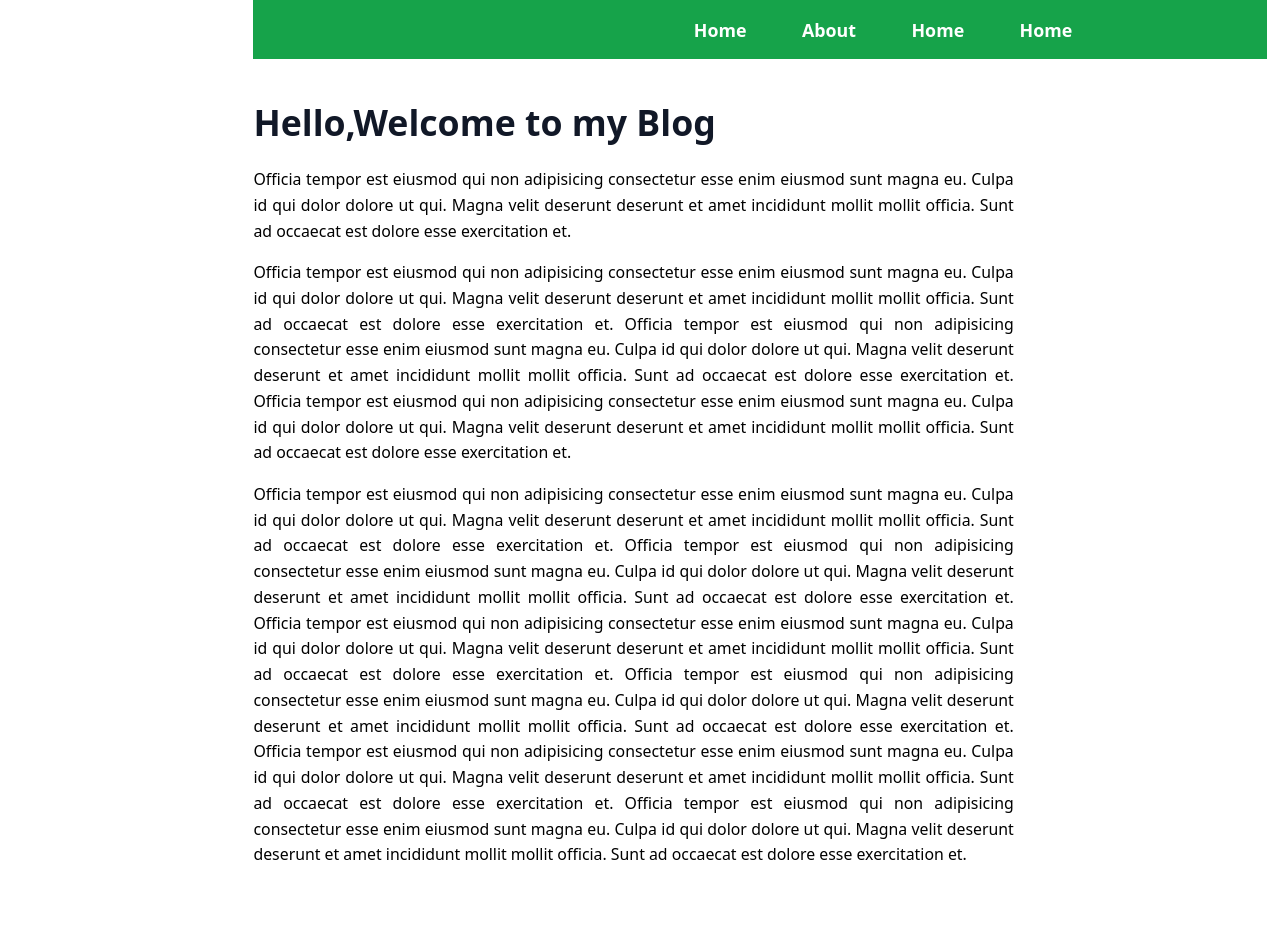
Repository: ymw0331/blog-mern-webapp
Page: / (app in client/)
These files come from the project's save history. The page is drawn as it stood at one moment and after the next save; the edit follows.
The browser window is 1280 px wide. The pictures show the whole page, at 99% of full size.
The project was rebuilt for these pictures with package versions that can differ from the ones it lists, and the page was loaded fresh each time. Also part of the build but not shown: client/src/pages/About.js, client/src/pages/Article.js, client/src/pages/ArticlesList.js.

Above is the page before, as saved 2022-12-10 19:53:08.

### client/src/App.js
import { BrowserRouter as Router, Route, Routes } from 'react-router-dom';
// Pages
import Home from './pages/Home';
import About from './pages/About';
import Article from './pages/Article';
import ArticlesList from './pages/ArticlesList';

function App() {
  return (
    <Router>
      <div className='max-w-screen-md mx-auto pt-20'>
        <Routes>
          <Route path='/' element={<Home />} />
          <Route path='/about' element={<About />} />
          <Route path='/articles-list' element={<ArticlesList />} />
          <Route path='/article' element={<Article />} />
        </Routes>
      </div>
    </Router>
  );
}

export default App;

### client/src/pages/Home.js
import React from 'react';
import Navbar from '../components/Navbar';

const Home = () => {
  return (
    <div className='mb-20'>
      <Navbar />
      <h1 className='sm:text-4xl text-2xl font-bold my-6 text-gray-900'>
        Hello,Welcome to my Blog
      </h1>
      <p className='mx-auto leading-relaxed text-base mb-4 text-justify'>
        Officia tempor est eiusmod qui non adipisicing consectetur esse enim
        eiusmod sunt magna eu. Culpa id qui dolor dolore ut qui. Magna velit
        deserunt deserunt et amet incididunt mollit mollit officia. Sunt ad
        occaecat est dolore esse exercitation et.
      </p>
      <p className='mx-auto leading-relaxed text-base mb-4 text-justify'>
        Officia tempor est eiusmod qui non adipisicing consectetur esse enim
        eiusmod sunt magna eu. Culpa id qui dolor dolore ut qui. Magna velit
        deserunt deserunt et amet incididunt mollit mollit officia. Sunt ad
        occaecat est dolore esse exercitation et. Officia tempor est eiusmod qui
        non adipisicing consectetur esse enim eiusmod sunt magna eu. Culpa id
        qui dolor dolore ut qui. Magna velit deserunt deserunt et amet
        incididunt mollit mollit officia. Sunt ad occaecat est dolore esse
        exercitation et. Officia tempor est eiusmod qui non adipisicing
        consectetur esse enim eiusmod sunt magna eu. Culpa id qui dolor dolore
        ut qui. Magna velit deserunt deserunt et amet incididunt mollit mollit
        officia. Sunt ad occaecat est dolore esse exercitation et.
      </p>
      <p className='mx-auto leading-relaxed text-base mb-4 text-justify'>
        Officia tempor est eiusmod qui non adipisicing consectetur esse enim
        eiusmod sunt magna eu. Culpa id qui dolor dolore ut qui. Magna velit
        deserunt deserunt et amet incididunt mollit mollit officia. Sunt ad
        occaecat est dolore esse exercitation et. Officia tempor est eiusmod qui
        non adipisicing consectetur esse enim eiusmod sunt magna eu. Culpa id
        qui dolor dolore ut qui. Magna velit deserunt deserunt et amet
        incididunt mollit mollit officia. Sunt ad occaecat est dolore esse
        exercitation et. Officia tempor est eiusmod qui non adipisicing
        consectetur esse enim eiusmod sunt magna eu. Culpa id qui dolor dolore
        ut qui. Magna velit deserunt deserunt et amet incididunt mollit mollit
        officia. Sunt ad occaecat est dolore esse exercitation et. Officia
        tempor est eiusmod qui non adipisicing consectetur esse enim eiusmod
        sunt magna eu. Culpa id qui dolor dolore ut qui. Magna velit deserunt
        deserunt et amet incididunt mollit mollit officia. Sunt ad occaecat est
        dolore esse exercitation et. Officia tempor est eiusmod qui non
        adipisicing consectetur esse enim eiusmod sunt magna eu. Culpa id qui
        dolor dolore ut qui. Magna velit deserunt deserunt et amet incididunt
        mollit mollit officia. Sunt ad occaecat est dolore esse exercitation et.
        Officia tempor est eiusmod qui non adipisicing consectetur esse enim
        eiusmod sunt magna eu. Culpa id qui dolor dolore ut qui. Magna velit
        deserunt deserunt et amet incididunt mollit mollit officia. Sunt ad
        occaecat est dolore esse exercitation et.
      </p>
    </div>
  );
};

export default Home;

### client/src/components/Navbar.js
import React from 'react';
import { Link } from 'react-router-dom';

const Navbar = () => {
  return (
    <nav className='border-b4 border-green-700 text-center fixed top-0 bg-green-600 font-bold w-full text-lg text-white'>
      <ul>
        <li className='inline-block py-4'>
          <Link to='/' className='pl-6 pr-8'>
            Home
          </Link>
        </li>
        <li className='inline-block py-4'>
          <Link to='/about' className='pl-6 pr-8'>
            About
          </Link>
        </li>
        <li className='inline-block py-4'>
          <Link to='/article' className='pl-6 pr-8'>
            Home
          </Link>
        </li>
        <li className='inline-block py-4'>
          <Link to='/' className='pl-6 pr-8'>
            Home
          </Link>
        </li>
      </ul>
    </nav>
  );
};

export default Navbar;

Loaded but not shown: client/public/index.html (common file); client/src/index.js (common file); client/src/index.css (common file); client/src/reportWebVitals.js (common file); client/tailwind.config.js (common file)

After the next save:
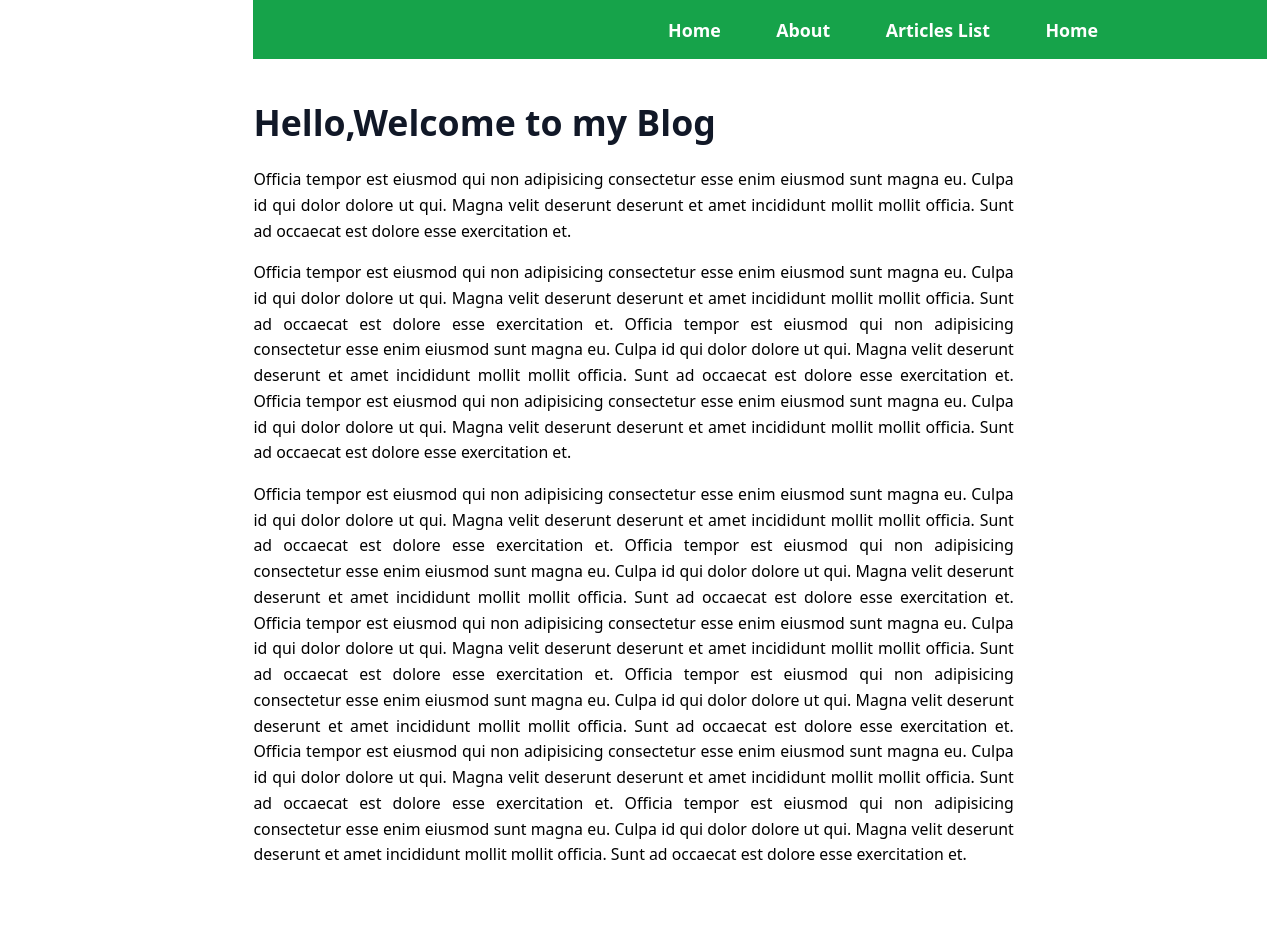
Saved 5 s later.
--- a/client/src/components/Navbar.js
+++ b/client/src/components/Navbar.js
@@ -16,8 +16,8 @@ const Navbar = () => {
           </Link>
         </li>
         <li className='inline-block py-4'>
-          <Link to='/article' className='pl-6 pr-8'>
-            Home
+          <Link to='/articles-list' className='pl-6 pr-8'>
+            Articles List
           </Link>
         </li>
         <li className='inline-block py-4'>
